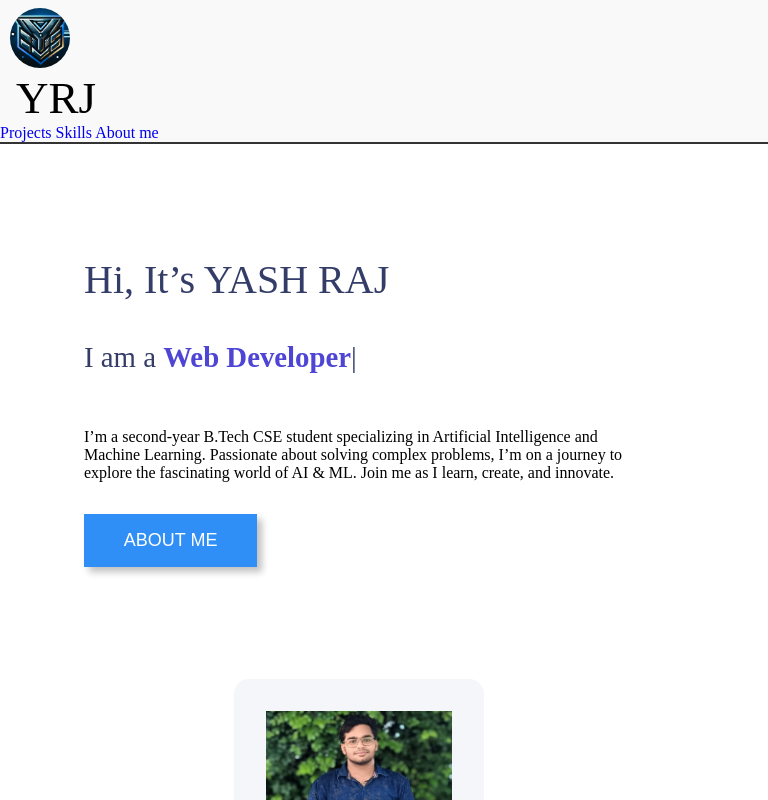
Repository: yrajha18/PeerShelf
Page: Desktop/WEB DEV/Portfolio/index.html
The author's editor kept a copy of each file at every save. The page is drawn from the files as they stood at one save, then again after the next save.
The browser window is 768 px wide. The pictures show the whole page.
An inner scrolling area shows only its first screen. Some web libraries are served in a nearby version.

Above is the page before, as saved 2024-09-19 00:18:57.

After the next save:
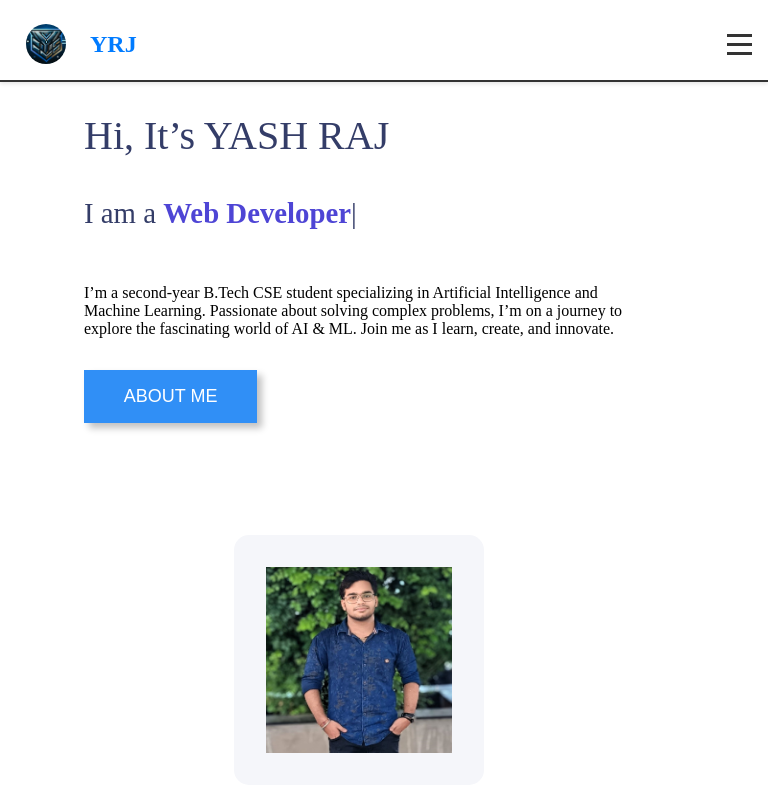
Saved 11 s later.
--- a/Desktop/WEB DEV/Portfolio/styles.css
+++ b/Desktop/WEB DEV/Portfolio/styles.css
@@ -667,3 +667,112 @@ body {
     font-size: 0.9rem;
   }
 }
+
+/* Navbar styles */
+.navbar {
+  background-color: #ffffff;
+  box-shadow: 0 2px 4px rgba(0, 0, 0, 0.1);
+  position: fixed;
+  top: 0;
+  left: 0;
+  right: 0;
+  z-index: 1000;
+}
+
+.navbar .container {
+  display: flex;
+  justify-content: space-between;
+  align-items: center;
+  padding: 1rem;
+  max-width: 1200px;
+  margin: 0 auto;
+}
+
+.logo-container {
+  display: flex;
+  align-items: center;
+}
+
+.logo {
+  width: 40px;
+  height: 40px;
+  border-radius: 50%;
+  margin-right: 0.5rem;
+}
+
+.logo-text {
+  font-size: 1.5rem;
+  font-weight: bold;
+  color: #007bff;
+}
+
+.nav-links {
+  display: flex;
+  gap: 1.5rem;
+}
+
+.nav-links a {
+  color: #333;
+  text-decoration: none;
+  font-weight: 500;
+  transition: color 0.3s ease;
+}
+
+.nav-links a:hover {
+  color: #007bff;
+}
+
+.hamburger-menu {
+  display: none;
+  flex-direction: column;
+  cursor: pointer;
+}
+
+.hamburger-menu span {
+  display: block;
+  width: 25px;
+  height: 3px;
+  background-color: #333;
+  margin: 3px 0;
+  transition: 0.4s;
+}
+
+/* Responsive styles for smartphones */
+@media screen and (max-width: 768px) {
+  .nav-links {
+      display: none;
+      flex-direction: column;
+      position: absolute;
+      top: 100%;
+      left: 0;
+      right: 0;
+      background-color: #ffffff;
+      box-shadow: 0 2px 4px rgba(0, 0, 0, 0.1);
+      padding: 1rem;
+  }
+
+  .nav-links.active {
+      display: flex;
+  }
+
+  .nav-links a {
+      padding: 0.5rem 0;
+      font-size: 1.1rem;
+  }
+
+  .hamburger-menu {
+      display: flex;
+  }
+
+  .hamburger-menu.active span:nth-child(1) {
+      transform: rotate(-45deg) translate(-5px, 6px);
+  }
+
+  .hamburger-menu.active span:nth-child(2) {
+      opacity: 0;
+  }
+
+  .hamburger-menu.active span:nth-child(3) {
+      transform: rotate(45deg) translate(-5px, -6px);
+  }
+}
